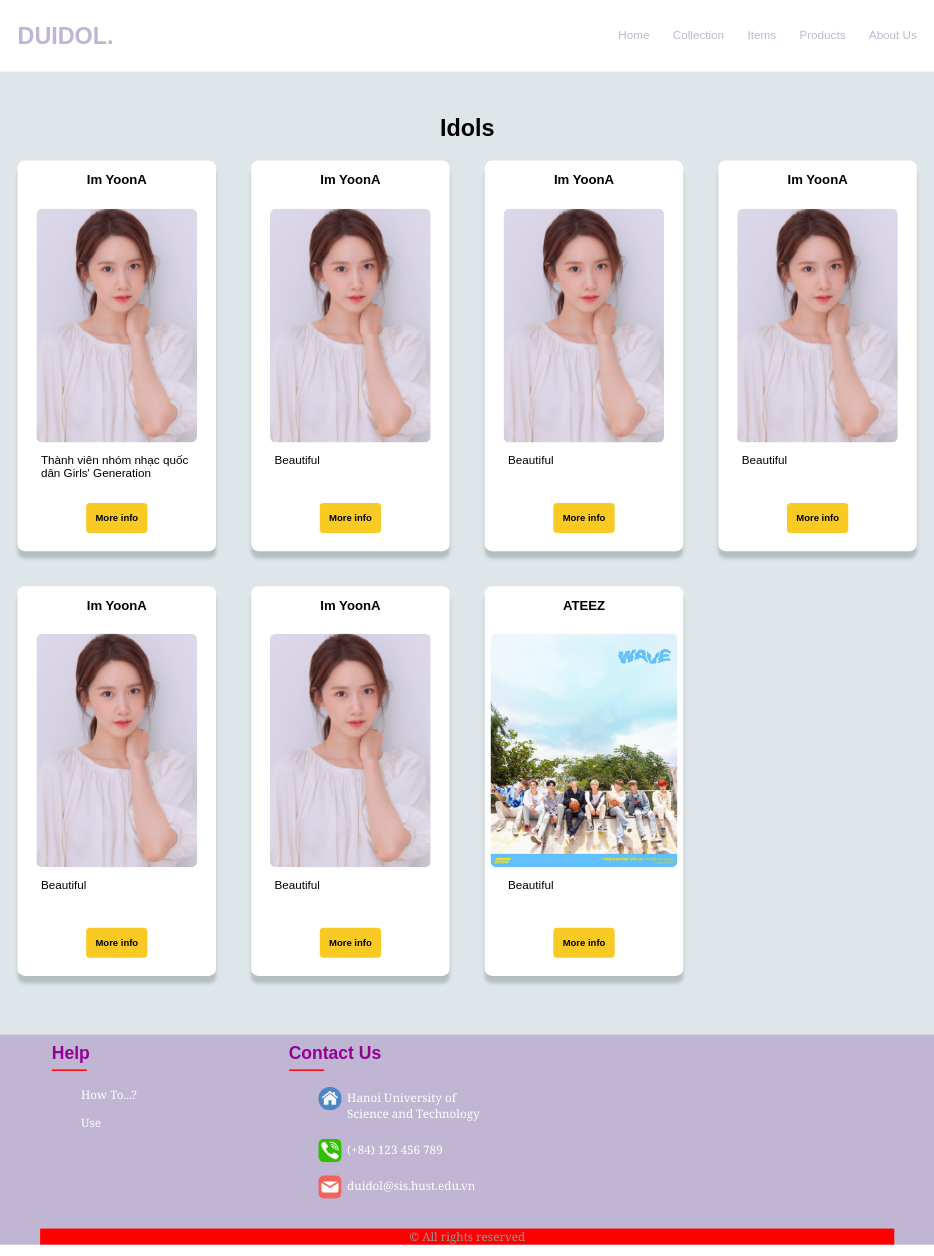
Repository: hangvtt183524/Cong_nghe_Web_va_dich_vu_truc_tuyen_20202
Page: ProjectWeb/src/View/html/idol_list.html
An editor plug-in stored every save of this project. The page is shown before and after the next save, followed by the edit.
The browser window is 1280 px wide. The pictures show the whole page, at 73% of full size.

Above is the page before, as saved 2021-05-06 16:05:31.

### ProjectWeb/src/View/html/idol_list.html
<html>
	<head>
		<title>Idol List</title>
		<link rel="stylesheet" href="../css/idol_list.css">
		<link rel="stylesheet" href="../css/welcome_page.css">
	</head>
	<body>
		<header>
			<a href="" class="logo">DUIDOL.</a>
            <ul class="navigation">
                <li><a href="">Home</a></li>
                <li><a href="">Collection</a></li>
                <li><a href="">Items</a></li>
                <li><a href="">Products</a></li>
                <li><a href="">About Us</a></li>
            </ul>
		</header>
		<section class="idol-list">
			<div>
				<h1 class="align-center">Idols</h1>
			</div>
			<div class="idol-container">
				<div class="card">
					<div class="name">Im YoonA</div>
					<div class="image">
						<img src="../image/yoona.jpg">
					</div>
					<div class="textblock">
					<div class="text">Thành viên nhóm nhạc quốc dân Girls' Generation</div>
					</div>
					<div>
						<div class="btnblock">
						<a href="../html/info.html" class="info-button">More info</a>
						</div>
					</div>
				</div>



				<div class="card">
					<div class="name">Im YoonA</div>
					<div class="image">
						<img src="../image/yoona.jpg">
					</div>
					<div class="textblock">
					<div class="text">Beautiful</div>
					</div>

					<div>
						<div class="btnblock">
						<a href="../html/info.html" class="info-button">More info</a>
						</div>
					</div>
				</div>



				<div class="card">
					<div class="name">Im YoonA</div>
					<div class="image">
						<img src="../image/yoona.jpg">
					</div>
					<div class="textblock">
					<div class="text">Beautiful</div>
					</div>
					<div>
						<div class="btnblock">
						<a href="../html/info.html" class="info-button">More info</a>
						</div>
					</div>
				</div>

				<div class="card">
					<div class="name">Im YoonA</div>
					<div class="image">
						<img src="../image/yoona.jpg">
					</div>
					<div class="textblock">
					<div class="text">Beautiful</div>
					</div>
					<div>
						<div class="btnblock">
						<a href="../html/info.html" class="info-button">More info</a>
						</div>
					</div>
				</div>

				<div class="card">
					<div class="name">Im YoonA</div>
					<div class="image">
						<img src="../image/yoona.jpg">
					</div>
					<div class="textblock">
					<div class="text">Beautiful</div>
					</div>
					<div>
						<div class="btnblock">
						<a href="../html/info.html" class="info-button">More info</a>
						</div>
					</div>
				</div>

				<div class="card">
					<div class="name">Im YoonA</div>
					<div class="image">
						<img src="../image/yoona.jpg">
					</div>
					<div class="textblock">
					<div class="text">Beautiful</div>
					</div>
					<div>
						<div class="btnblock">
						<a href="../html/info.html" class="info-button">More info</a>
						</div>
					</div>
				</div>

				<div class="card">
					<div class="name">ATEEZ</div>
					<div class="image">
						<img src="../image/ateez-list.jpg">
					</div>
					<div class="textblock">
					<div class="text">Beautiful</div>
					</div>
					<div>
						<div class="btnblock">
						<a href="../html/info.html" class="info-button">More info</a>
						</div>
					</div>
				</div>

			</div>
		</section>
		<footer>
			<div class="container">
				<div class="row">
					<div class="footer-col">
						<h4>Help</h4>
						<ul>
							<li><a href="">How to...?</a>
							<li><a href="">Use</a>
						</ul>
					</div>
					<div class="footer-col">
						<h4>Contact us</h4>
						<ul>
							<li><img src="../image/address_icon.jpg">
							<p>Hanoi University of <br>Science and Technology</p>
							<li><img src="../image/phone_icon.png">
							<p>(+84) 123 456 789</p>
							<li><img src="../image/mail_icon.png">
							<p>duidol@sis.hust.edu.vn</p>
						</ul>
					</div>
				</div>
				<div class="copyrightText"><p>© All rights reserved</p></div>
			</div>
		</footer>
	</body>
</html>

### ProjectWeb/src/View/css/idol_list.css
body {
    font-family: sans-serif;
    margin: 0;
}

.idol-list {
	background-color:#dfe6e9;
	padding-bottom: 5em;
    align-items: center;
    padding-top: 2em;
}

h1 {
	font-size: 2em;
	font-weight: bold;
}
.idol-list .card {
	background-color: white;
	width: 16em;

	margin: auto;
	border-radius: 10px;
	padding: 1em;
	box-shadow: 0px 10px 5px #b2bec3;
	text-align: center;
	font-family: sans-serif;
	max-width: 75%;
	padding-bottom: 30px;
}
.idol-list .card:hover {
	box-shadow: 15px 15px 15px #b2bec3;
	background: #FFEAFF;
}
.card .name {
	font-size: 18px;
	font-weight: bold;
	padding-bottom: 0.7em;
}

.card .image {
	margin-top: 1em;
	width: 100%;
    height: 20em;
    position: relative;
}
.card .image img {
	max-height: 100%;
	border-radius: 0.5em;
	object-fit: cover;
	position: absolute;
	top: 50%;
    transform: translate(-50%, -50%);
}

.card .textblock {
	height: 4em;
	margin-left: 1em;
	margin-right: 1em;
	margin-top: 1em;
	margin-bottom: 0.5em;
}

.card .textblock .text {
	text-align: left;
	font-size: 1rem;
}

.card .btnblock {
	margin-top: 1em;
	margin-bottom: 0.5em;
}

.info-button {
	background-color: #f9ca24;
	color: black;
	border: none;
	padding: 1em;
	border-radius: 5px;
	font-weight: bold;
	font-size: 13px;
	text-decoration: none;
}

.info-button:hover {
	box-shadow: 0px 5px 5px #b2bec3;
	color: #eb4db4;
}

.idol-container {
	display: grid;
	grid-template-columns: repeat(4, 1fr);
	grid-row-gap: 3em;
}

.align-center {
	text-align: center;
}

footer {
	background-color: #c0b5d3;
	padding: 0 0;
}

footer .container {
	max-width: 1170px;
	margin: auto;
}

.footer-col {
	width: 25%;
	padding: 0 1em;
}
.footer-col h4 {
	font-size: 1.5em;
	color: #950096;
	text-transform: capitalize;
	position: relative;
	margin-top: 0.5em;
}

.footer-col h4::before {
	content: '';
	position: absolute;
	left: 0;
	bottom: -10px;
	height: 2px;
	background-color: red;
	box-sizing: border-box;
	width: 2em;
}

.footer-col li {
	display: flex;
	margin-bottom: 0.5em;
}
.footer-col ul li a {
	color: white;
	text-transform: capitalize;
	text-decoration: none;
	font-family: Cambria;
	font-size: 1em;
	margin-bottom: 0.5em;
	display: block;
}


.footer-col ul li a:hover {
	color: #700470;
	padding-left: 1em;

}

.footer-col p {
	margin-top: 0.2em;
	font-size: 1em;
	font-family: Cambria;
	color: white;
}
.footer-col img {
	border-radius: 0.5em;
	max-height: 2em;
	margin-right: 0.5em;
}

ul {
	list-style: none;
}

footer .container .h3 {
	color: white;
}

.container .row {
	display: flex;
	flex-wrap: wrap;
}

.copyrightText {
	width: 100%;
	background: red;
	color: #999;
	text-align: center;
	font-family: Cambria;
}

@media only screen and (max-width: 991px){
	.idol-container {
		grid-template-columns: 1fr;
	}
	.card {
        width: 25em;
    }
    .album .image {
        height: 25em;
    }
}

### ProjectWeb/src/View/css/welcome_page.css

body {
    margin: 0;
    font-family: sans-serif;
}
.bg {
    display: grid;
    grid-template-columns: 2fr 1fr;
    background-color: #c0b5d3;
}
.bg2 img {
    width: 100%;
}
.bg1 {
    display: flex;
    justify-content: center;
    align-items: center;
}
.bg1-1 h2 {
    font-size: 5rem;
    line-height: 0.1em;
    font-family: sans-serif;
    color: white;
    position: relative;
    z-index: 1;
}
.bg1-1 h2::before {
    content: ' ';
    position: absolute;
    width: 2.5em;
    height: 0.25em;
    background: #ab91d8;
    bottom: -35;
    z-index: -1;
    margin-left: -0.9em;
}
.bg1-1 p {
    font-size: 3rem;
    color: white;
    position: relative;
    z-index: 1;
}
.bg1-1 p::before {
    content: ' ';
    position: absolute;
    width: 2.5em;
    height: 0.3em;
    background: #ab91d8;
    bottom: 0;
    z-index: -1;
    margin-left: 10em;
}
.bg1-1 p span {
    font-size: 1.5rem;
    display: block;
    font-weight: 500;
}
header {
    background-color: white;
    padding: 1.5em;
    display: flex;
    justify-content: space-between;
    align-items: center;
}
.logo {
    font-weight: bold;
    text-decoration: none;
    font-size: 2em;
    color: #c0b5d3;
}
.navigation {
    display: flex;
    position: relative;
}
.navigation li {
    list-style: none;
    margin-left: 2em;
}
.navigation li a {
    text-decoration: none;
    font-size: 1em;
    color: #c0b5d3;
}

After the next save:
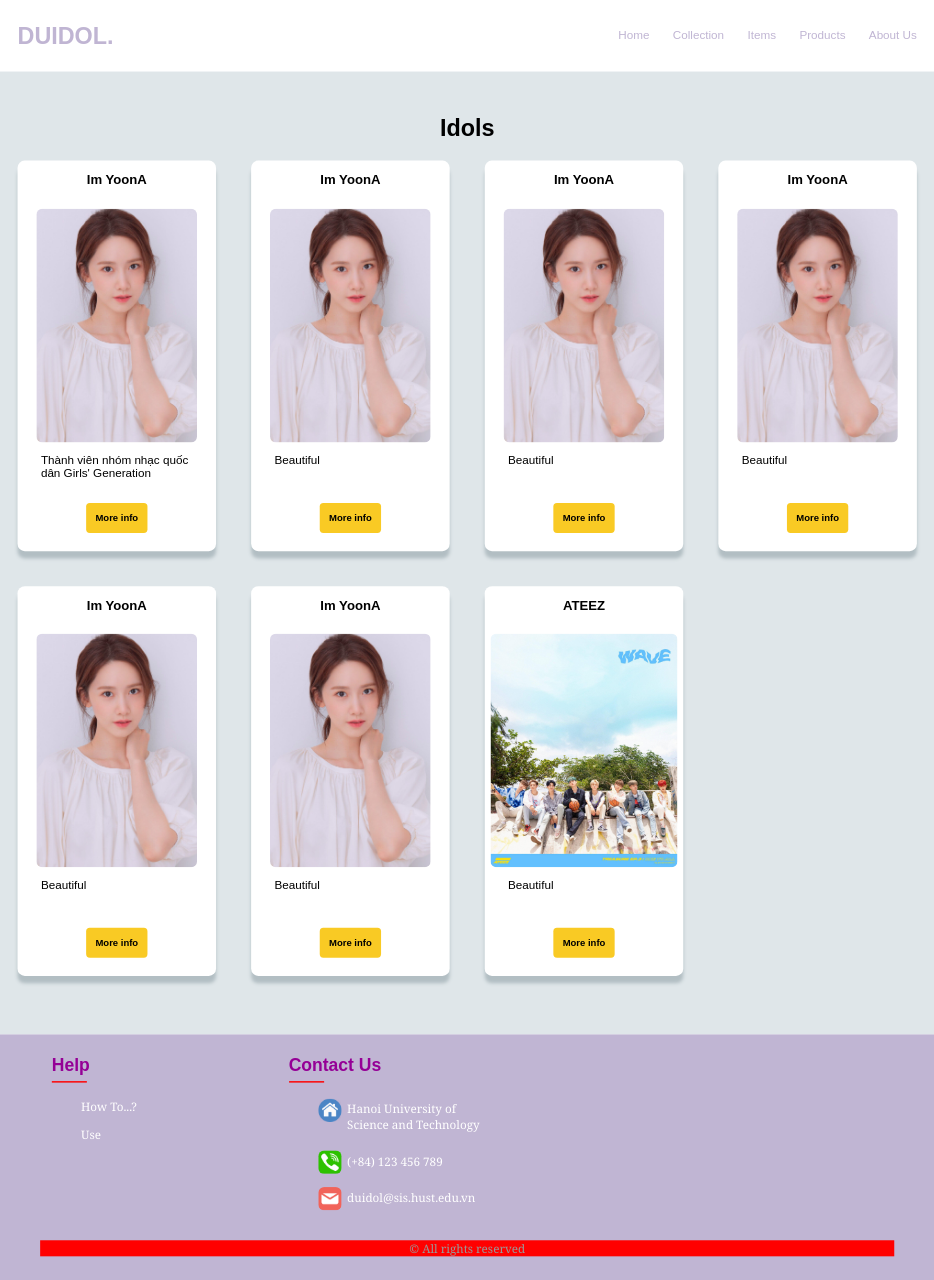
Saved 9 s later.
--- a/ProjectWeb/src/View/css/idol_list.css
+++ b/ProjectWeb/src/View/css/idol_list.css
@@ -98,7 +98,7 @@
 
 footer {
 	background-color: #c0b5d3;
-	padding: 0 0;
+	padding: 1em 0;
 }
 
 footer .container {
